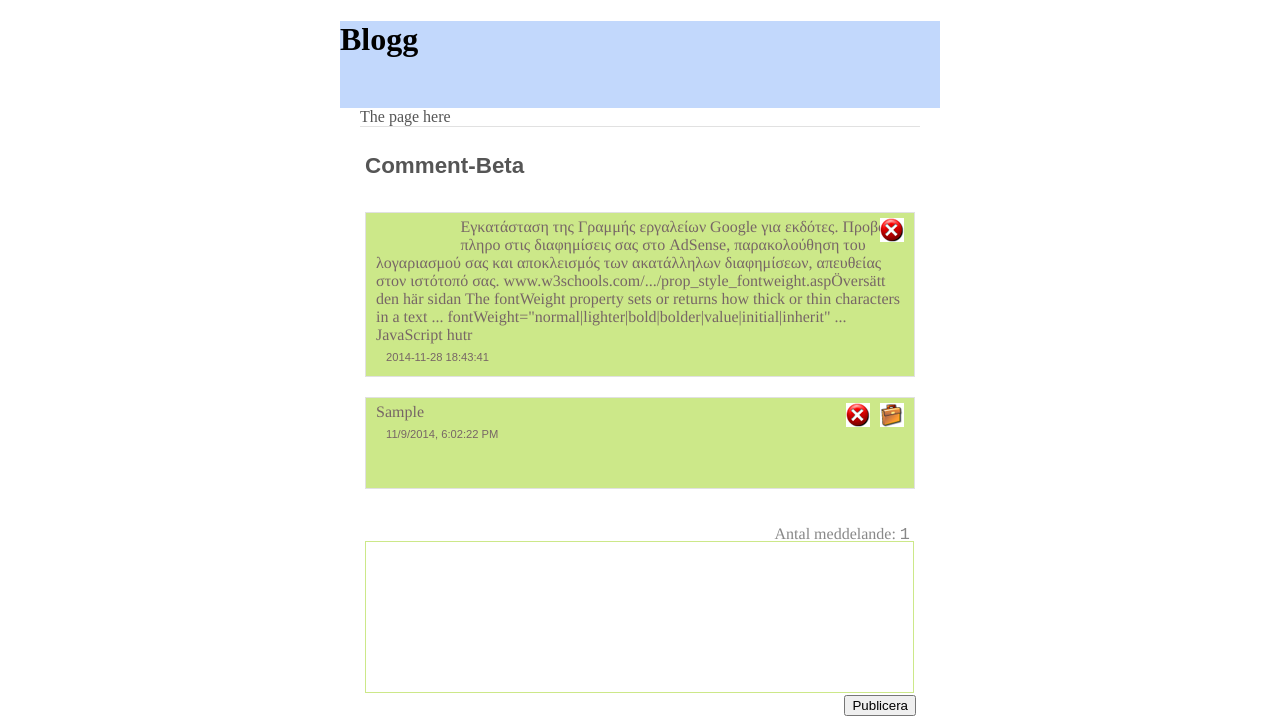
Repository: dn222em/1dv403-laborationer
Page: 2-labbymezzage/index.html
The author's editor kept a record of every edit. The page is drawn from the files as they stood at one moment, then again after the next edit.
The browser window is 1280 px wide. The pictures show the whole page.
Empty fields were first filled with sample values (such as "Sample", 5 or name@example.com).
After loading, the first visible `#publish-button` was clicked once.

Above is the page before.

### 2-labbymezzage/index.html
<!doctype html>
<html lang="sv">
<head>
        <script>
				document.createElement("header");
				document.createElement("hgroup");
				document.createElement("footer");
				document.createElement("article");
				document.createElement("main");
				document.createElement("section");
				document.createElement("nav");
				document.createElement("aside");
				document.createElement("address");
			</script>

        <meta charset="utf-8">
        <title>Labby mezzage</title>
        <link rel="stylesheet" href="style.css" />
        <script type="text/javascript" src="Message.js"></script>
        <script type="text/javascript" src="mess.js"></script>
        <script type="text/javascript" src="init.js"></script>
</head>
<body>
    <div id="container">
        <header>
			<h1>Blogg</h1>
		</header>
    <main>
        <div id="page">
            The page here
        </div>
             <div class="main-comment">
 <h3 class="comment-title">Comment-Beta</h3>
                 <div id="comments-list">
                     <ul id="comment-holder">
                            <div id="comment-date">
               <h3 id="comment-date-given">2014-11-28 18:43:41</h3>
                               </div>
                          <li id="comment-holder-li" >
                           <div id="comment-upp-buttons">
                               <div id="comment-date-button">
                                   <ul>
                                        <li><img id="delete-button" class="butt" src="pics/1.png" /></li>
                                   </ul>
                               </div>

                            </div>
                                 Εγκατάσταση της Γραμμής εργαλείων Google για εκδότες. Προβολή πληρο στις διαφημίσεις σας στο AdSense, παρακολούθηση του λογαριασμού σας και αποκλεισμός των ακατάλληλων διαφημίσεων, απευθείας στον ιστότοπό σας.
                               www.w3schools.com/.../prop_style_fontweight.aspÖversätt den här sidan
The fontWeight property sets or returns how thick or thin characters in a text ... fontWeight="normal|lighter|bold|bolder|value|initial|inherit" ... JavaScript hutr
                            <div id="comment-date">
                               <code id="writen-date">2014-11-28 18:43:41</code>
                            </div>
                            </li>
                     </ul>
                 </div>
    <p id="count-comments">Antal meddelande: <code id="count-length">0</code></p>
         <div class="comment-box">
            <textarea type="textarea" name="kommentar" id="comment-box"></textarea>
         </div>
         <div id="comment-publish-button">
             <input id="publish-button" type="submit" name="submit" value="Publicera" />
         </div>
             </div>
    </main>
    </div>
</body>

</html>

### 2-labbymezzage/style.css
/*Reset-styleshhet
-----------------------------------------------------------------------------*/
/* http://meyerweb.com/eric/tools/css/reset/
   v2.0 | 20110126
   License: none (public domain)
*/

/*html, body, div, span, applet, object, iframe,
h1, h2, h3, h4, h5, h6, p, blockquote, pre,
a, abbr, acronym, address, big, cite, code,
del, dfn, em, img, ins, kbd, q, s, samp,
small, strike, strong, sub, sup, tt, var,
b, u, i, center,
dl, dt, dd, ol, ul, li,
fieldset, form, label, legend,
table, caption, tbody, tfoot, thead, tr, th, td,
article, aside, canvas, details, embed,
figure, figcaption, footer, header, hgroup,
menu, nav, output, ruby, section, summary,
time, mark, audio, video {
	margin: 0;
	padding: 0;
	border: 0;
	font-size: 100%;
	font: inherit;
	vertical-align: baseline;
}
 HTML5 display-role reset for older browsers
article, aside, details, figcaption, figure,
footer, header, hgroup, menu, nav, section {
	display: block;
}
body {
	line-height: 1;
}
ol, ul {
	list-style: none;
}
blockquote, q {
	quotes: none;
}
blockquote:before, blockquote:after,
q:before, q:after {
	content: '';
	content: none;
}
table {
	border-collapse: collapse;
	border-spacing: 0;
}
/*End of Reset - stylesheet
--------------------------------------------------------------------
/*CSS -Stylesheet
======================================================================================================*/
#container{
    width: 600px;
	background-color:#c2d8fc;
	margin:0 auto;
	padding:0;


}


h1{
	margin-bottom:50px;
}

main {

	background-color: #FFF;
	/*background-color:#E6DEDE;*/
	width: 600px;
	/*border:1px solid black;*/
	margin:10px auto 10px auto;
	height:600px;
	/*margin-bottom: 20px;
	padding:0px;
	padding-right:10px;
	padding-left:10px;*/


}
/*=======================================================p - total comments*/
#count-comments{
	font-size:1em;
	font-family:'Times';
	float:right;
	margin-right:10px;
	margin-bottom:-3px;
	color:#888;
}

#count-length{
	font-size:1.3em;

}

/*=========================================================page*/
#page{
	width:auto;
	height:auto;
	color:#555;
	margin:20px;
	border-bottom:1px solid #e1e1e1;
}

/*==========================================================comment area*/
.main-comment{
	margin:20px;
	/*border:1px solid #e1e1e1;*/
	width:auto;
	height:auto;
	color:#444;

}

.comment-title{
	height:45px;
	line-height:37px;
	font-size:1.4em;
	font-family:'Arial';
	margin:0 5px 0 5px;
	color:#555;

}

/*====================================================posted comments*/
#comments-list{
	font-size:1em;
	font-family:'Times';
	margin:10px 5px 10px 5px;
	color:#555;
	/*border:1px solid #e1e1e1;*/
	color:#766;

}

#comment-holder{
	list-style-type:none;
	margin:0px;
	padding:0px;
	width:auto;
	height:auto;
	overflow:hidden;

}

#comment-date-given{

	height:25px;
	float:left;
	line-height:22px;
	color:red;
	font-size:0.7em;
}



#comment-holder-li{
	list-style-type:none;
	background:white;
	height:auto;
	width:auto;
	margin:10px 0px 10px 0px;
 	border:1px solid #e1e1e1;
 	padding:5px;
 	padding-left:10px;
 	padding-right:10px;
	position:relative;
	background-color:#cce889;
	min-height:80px;

}

#comment-holder-li:hover{
	background-color:#FDB;
}

/*=======================================================date*/
#writen-date{

	font-family:Arial;
	font-size:0.7em;
	position:relative;
	line-height:27px;
	margin:0 0 0 10px;
}

/*========================================================buttons*/
#comment-upp-buttons{
	position:absolute;
	top:0px;
	right:0px;
	width:80px;
	height:24px;
	margin-top:5px;

}

#comment-upp-buttons ul{

    margin: 0;
    padding: 0;
    overflow: hidden;

}

#comment-upp-buttons li{
	float: right;
	/*display: block;
    width: 60px;
    background-color: #dddddd;*/
    display: inline;
	list-style-type: none;
	padding-right: 10px;

}

#date-button, #delete-button{

	width:24px;
	height:24px;
	cursor:pointer;
	padding-left:10px;
	padding-bottom:5px;

}

#date-button:hover{
	-webkit-transform: scale(1.3);
    -moz-transform: scale(1.3);
    transform: scale(1.3);
}

#delete-button:hover{
	-webkit-transform: scale(1.3);
    -moz-transform: scale(1.3);
    transform: scale(1.3);
}


/*==================================================comments textarea*/
.comment-box{
	height:130px;
	width:auto;
	margin:5px;
	margin-right:28px;
	min-height:100px;


}

#comment-box{
	width:100%;
	border:1px solid #cce889;/*#a1a1a1;*/
	color:#223;/*#272426;*/
	padding:10px;
	height:130px;

	position:relative;
	/*resize:vertical;
	resize:horizontal;*/
	resize:none;

}

#comment-box:hover{
	border:2px solid #279521;
}

#comment-publish-button{
	margin-top:51px;
	float:right;
	margin-right:4px;


}
#publish-button{
	/*background-color:#cce889;*/
	cursor:pointer;


}

### 2-labbymezzage/Message.js
/*"use strict";

function Message (message, date){

    this.getText = function () {return message;};
    this.setText = function (_text) { message = _text;};

    this.getDate = function () {return date;};
    this.setDate = function (_date) { };

}

Message.prototype.toString = function (){

    return this.getText() +" (" + this.getDate() + ") ";
};
Message.prototype.getHTMLText = function (){};
Message.prototype.getDateText = function (){};*/

### 2-labbymezzage/mess.js
"use strict";

var MessageBoard  = {

    messages : []





};

### 2-labbymezzage/init.js
"use strict";

/* I denna fil körs vår applikation.
 * Vi använder window.onload för att starta applikationen när
 * fönstret laddat klart. *
 */

window.onload = function(){


    var now = new Date().toLocaleString();
    var publish = document.getElementById("publish-button");
    publish.onclick = createMessage;


    var message = new Message();
	var messages = [];
	var ul = null;//document.createElement("ul");
	var li = null;//document.createElement("li");
	var div1 = null;
	var div2 = null;
	var div3 = null;
	var div4 = null;
	var div5 = null;
	var div6 = null;
	var div7 = null;
	var div8 = null;
    var paragr = document.getElementById("count-comments");//.removeChild(div6);




	ul = document.createElement("ul");
	document.getElementById("comments-list").appendChild(ul);
	ul.id = "comment-holder";




    function createMessage(){

		message.setText(document.getElementById("comment-box").value);

		if(message.message === "" || document.getElementById("comment-box").value.trim() ===""){
            document.getElementById("comment-box").style.backgroundColor =" #e1e1e1";
            document.getElementById("comment-box").style.border="1px solid red";
            document.getElementById("comment-box").value = "Du måste skriva något för att kommentera";

            var delay=1000;

            setTimeout(function(){
                document.getElementById("comment-box").style.backgroundColor ="white";
                document.getElementById("comment-box").style.border = "1px solid #cce889";
		        document.getElementById("comment-box").value = "";
            },delay);
		return;
		}

		message.setDate(now);  //= now;
		console.log(message);
		messages.push(message);

		createElements(message);
		console.log(messages.length);
		console.log(messages);
		document.getElementById("comment-box").value = null;

		return messages.length;

    }

    function createElements(message){

        div6 = document.getElementById("count-length");
        paragr.removeChild(div6);


	    li = document.createElement("li");
    	document.getElementById("comment-holder").appendChild(li);

        li.innerHTML = message.message;
	    li.id = "comment-holder-li";
	    ul.appendChild(li);


	    div1 = document.createElement("div");
        document.getElementById("comment-holder-li").appendChild(div1);
        div1.id = "comment-upp-buttons";
        div1.innerHTML;
        li.appendChild(div1);

        div2 = document.createElement("ul");
        document.getElementById("comment-upp-buttons").appendChild(div2);
        div2.id = "div2";
        div2.innerHTML;
        div1.appendChild(div2);

        div3 = document.createElement("li");
        document.getElementById("div2").appendChild(div3);
        div3.id = "div3";
        div3.innerHTML;
        div2.appendChild(div3);

        div4 = document.createElement("img");
        document.getElementById("div3").appendChild(div4);
        div4.id = "delete-button";
        div4.innerHTML;
        div3.appendChild(div4);
        div4.setAttribute("src", "pics/1.png");

        div5 = document.createElement("img");
        document.getElementById("delete-button").appendChild(div5);
        div5.id = "date-button";
        div3.appendChild(div5);
        div5.innerHTML;
        div5.setAttribute("src", "pics/2.png");


        div8 = document.createElement("div");
        document.getElementById("comment-holder-li").appendChild(div8);
        div5.appendChild(div8);
        div8.id = "comment-date";
        li.appendChild(div8);

        div7 = document.createElement("code");
        document.getElementById("comment-date").appendChild(div7);
        div7.id = "writen-date";
        div8.appendChild(div7);
        div7.innerHTML= message.date;


        div6 = document.createElement("code");
        document.getElementById("count-comments").appendChild(div6);
        div6.id = "count-length";
        paragr.appendChild(div6);

        div6.innerHTML= messages.length;


	    //return li;
	}

    function Message (message, date){

        this.message;
        this.date;
    }

    Message.prototype.getText = function(){
        return this.message;
    };

    Message.prototype.setText = function(newText){

        if(typeof newText ==="undefined" || newText.trim() ===""){

            console.log("Textarean är tom!");
        }

        this.message = newText;
    };

     Message.prototype.getDate = function(){
        return this.date;
    };
    Message.prototype.setDate = function(newDate){

       this.date = newDate;
    };


};

After the next edit:
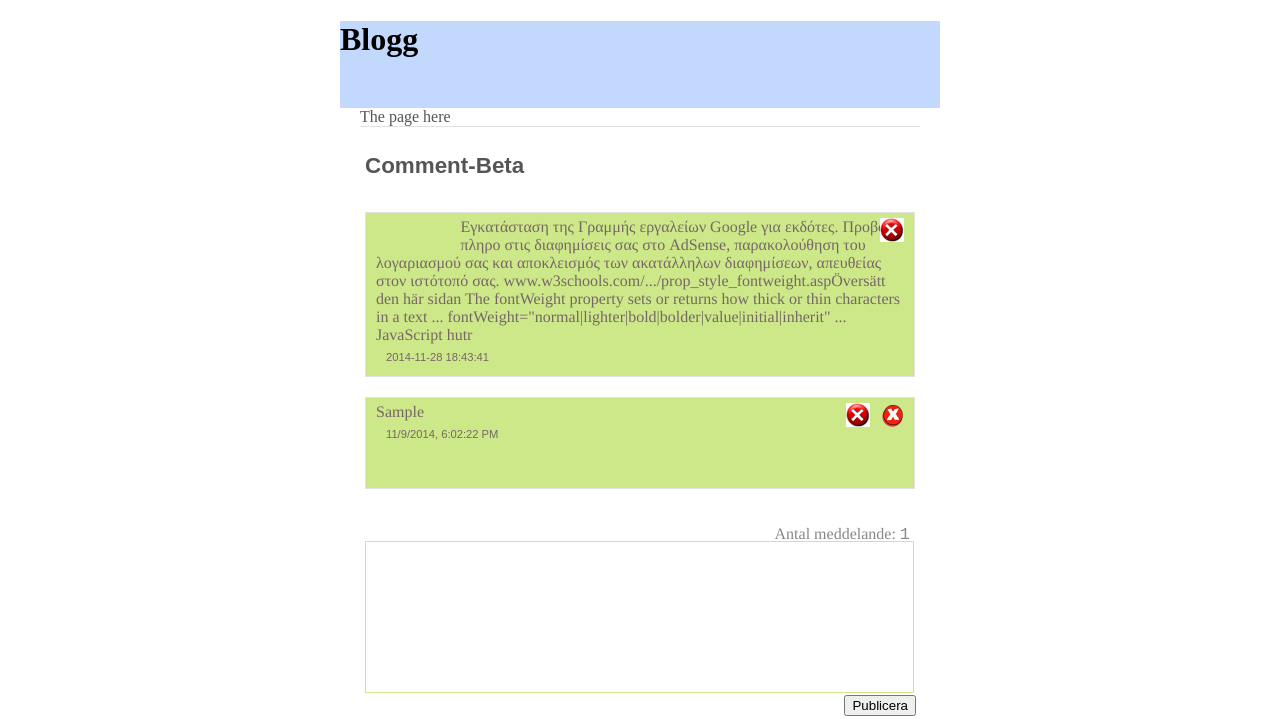
The edit:
--- a/2-labbymezzage/init.js
+++ b/2-labbymezzage/init.js
@@ -113,7 +113,7 @@
         div5.id = "date-button";
         div3.appendChild(div5);
         div5.innerHTML;
-        div5.setAttribute("src", "pics/2.png");
+        div5.setAttribute("src", "pics/DELETE.png");
 
 
         div8 = document.createElement("div");
